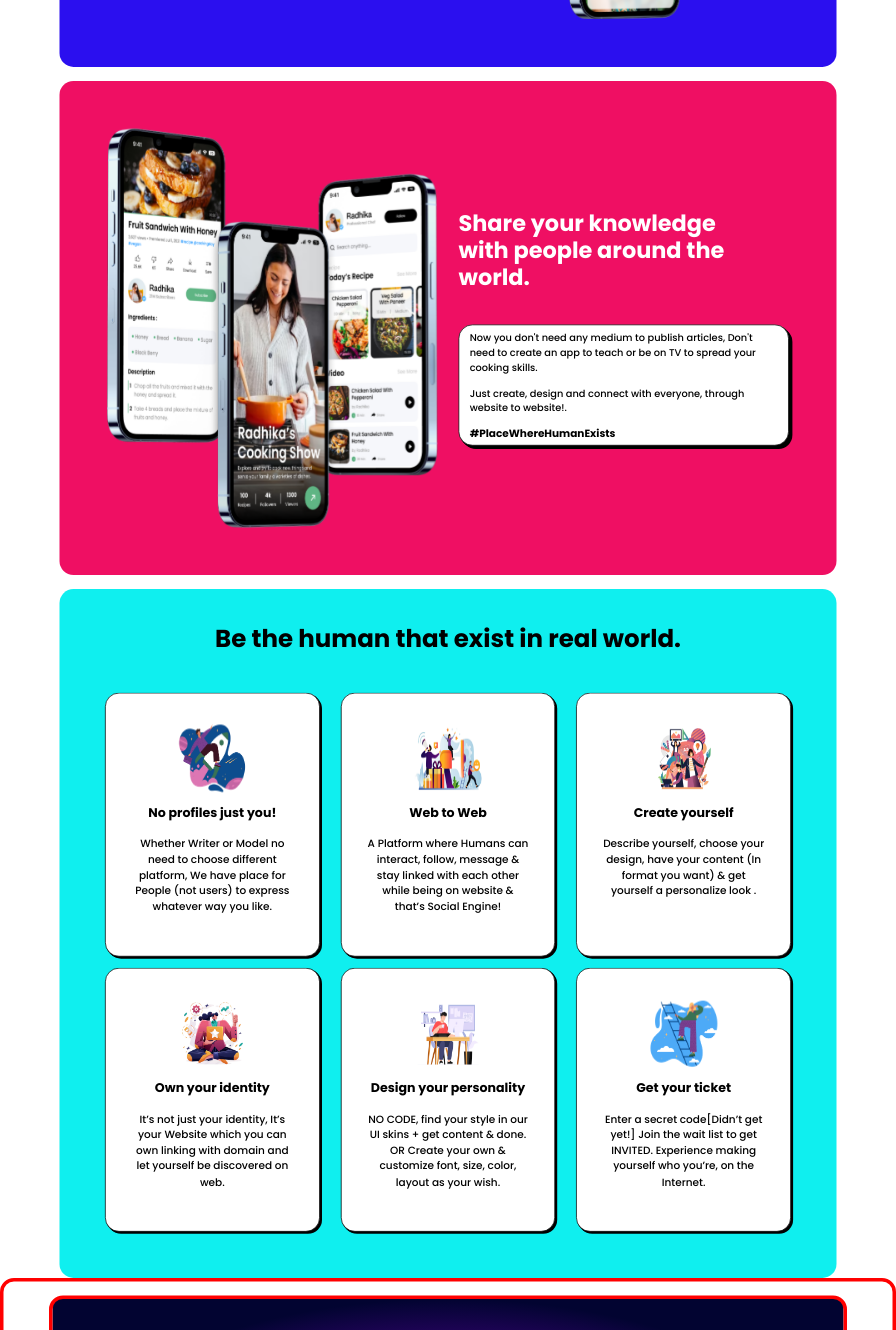
Repository: itsmesikandar/swavy.in.github.io
Page: index.html
An editor plug-in stored every save of this project. The page is shown before and after the next save, followed by the edit.
The browser window is 1280 px wide. The pictures show the part of the page from y = 2842 to 4742 px (the page is 5278 px tall before and 5268 px after), at 70% of full size.
Pictures or frames that could not be fetched are drawn as grey boxes.

Above is the page before, as saved 2023-02-23 23:13:42.
Console error: TypeError: Cannot read properties of undefined (reading 'fn')

### index.html
<!DOCTYPE html>
<html lang="en">
<head>
  <title>Swavy</title>

  <meta charset="UTF-8">
  <meta name="viewport" content="width=device-width, initial-scale=1.0">
  <meta http-equiv="X-UA-Compatible" content="ie=edge">
  <link rel="stylesheet" href="vendors/owl-carousel/css/owl.carousel.min.css">
  <link rel="stylesheet" href="vendors/owl-carousel/css/owl.theme.default.css">
  <link rel="stylesheet" href="vendors/mdi/css/materialdesignicons.min.css">
  <link rel="stylesheet" href="vendors/aos/css/aos.css">
  <link rel="stylesheet" href="css/style.min.css">
  <link rel="stylesheet" href="css/style.css">
  <link rel="stylesheet"
        href="https://cdnjs.cloudflare.com/ajax/libs/OwlCarousel2/2.3.4/assets/owl.carousel.min.css"
        integrity="sha512-tS3S5qG0BlhnQROyJXvNjeEM4UpMXHrQfTGmbQ1gKmelCxlSEBUaxhRBj/EFTzpbP4RVSrpEikbmdJobCvhE3g=="
        crossorigin="anonymous" />
  <link rel="stylesheet"
        href="https://cdnjs.cloudflare.com/ajax/libs/OwlCarousel2/2.3.4/assets/owl.theme.default.min.css"
        integrity="sha512-sMXtMNL1zRzolHYKEujM2AqCLUR9F2C4/05cdbxjjLSRvMQIciEPCQZo++nk7go3BtSuK9kfa/s+a4f4i5pLkw=="
        crossorigin="anonymous" />

</head>
<body id="body" data-spy="scroll" data-target=".navbar" data-offset="100">
  <header id="header-section">
    <nav class="navbar navbar-expand-lg pl-3 pl-sm-0 py-4" id="navbar">
    <div class="container">
      <div class="navbar-brand-wrapper d-flex ">
        <h4 style="color:rgb(253, 81, 1); font-size: 18px;">#NotJustSocialMedia</h4>
      </div>
    </div>
    </nav>
  </header>
  <div class="banner" >
    <div class="container-fluid">
      <h1 class="font-weight-semibold margin-top" id="ht">Discover<br>The Best Form Of Yourself</h1>
      <h5 class="font-weight-normal text-muted pb-3">Where humans create themselves, not Platform.</h5>
      <img src="images/hero-img.png" alt="" class="img-fluid">
    </div>
  </div>
      <div class="content-wrapper ">
        <div class="container">




          <section class="features-overview bg_color_first " id="features-section" >
            <!-- <div class="content-header">
              <h3><b>Bored seeing same profiles design?</b></h3>
              <h6 class="section-subtitle text-muted">Billions others too, What if i say<br>You can have your website as your social identity! for free.</h6>
            </div> -->

            <!-- <div class="contact-us" id="contact-section">
              <div class="container">
                <div class=" contact-upper" >
                  <div data-aos="fade-up">
                    <div class="col-12  offset-sm-3 col-sm-6 offset-sm-3 offset-lg-3 col-lg-6 offset-lg-3 ">
                      <form name="submit-to-google-sheet" id="myFormm">
                        <div class="">
                          <input type="email" placeholder="Enter your email address" />
                          <button type="submit" class="btn btn-danger r-20 font-weight-medium">Get Early Access</button>
                       </div>
                         <input type="email" name="Email" class="input-form-control r-20" id="Email" placeholder="Enter your email address">
                        <div class="pt-3">
                          <button type="submit" class="btn btn-danger r-20 font-weight-medium">Get Early Access</button>
                        </div>
                      </form>
                    </div>
                  </div>
                </div>
              </div>
            </div> -->

            <div class="content-header  ">
              <h2 class="section-subtitle color-white"><b>Where you can</b></h4>
              <h2 class="color-white"><b>Show what you are but better.</b></h4>
            </div>

            <div class="d-md-flex justify-content-between mx-5">
              <div class="grid-margin justify-content-center bg_color_white box-shadow-3d-a mx-5 px-2">
                <div class="features-width text-center py-3 pt-5">
                  <img src="images/nomore.png" width="100" height="100" alt="" class="img-icons">
                  <h5 class="py-3 font-weigh-sub">No More<br>Default Profiles</h5>
                  <p class="text-muted font-wt-p">Forget that default profile design that matches with Billions other!</p>
                </div>
              </div>
              <div class="grid-margin  justify-content-center bg_color_white box-shadow-3d-b mx-5 px-2">
                <div class="features-width text-center py-3 pt-5">
                  <img src="images/noplatform.jpg" width="100" height="100" alt="" class="img-icons">
                  <h5 class="py-3 font-weigh-sub">No Need Of<br>Different Platform</h5>
                  <p class="text-muted font-wt-p">Does platform limits you expression: some allows video, image or text only?
                  </p>
                </div>
              </div>
              <div class="grid-margin justify-content-center bg_color_white box-shadow-3d-c mx-5 px-2">
                <div class="features-width text-center py-3 pt-5">
                  <img src="images/tenent.png" width="100" height="100" alt="" class="img-icons">
                  <h5 class="py-3 font-weigh-sub">You No Need<br>To Live As Tenant</h5>
                  <p class="text-muted font-wt-p">Own your virtual identity, like you own your real life.~Web+Domain, for free.</p>
                </div>
              </div>
            </div>
          </section>


          <section class=" features-overview customer-feedback bg_color_second" id="feedback-section">
            <div class="container">
              <div class="row">
                <div class="col-12 text-center pb-4">

                  <h2 class="section-subtitle mt-5"><b>Bring Your Ideas Into Life</b></h2>

                </div>

                <div class="col-12 paa-5">
                  <div class="owl-carousel owl-theme">
                    <div class="card customer-cards">
                      <img src="images/educator.png"  alt="" >
                    </div>
                    <div class="card customer-cards">
                      <img src="images/creator.png"  alt="" >
                    </div>
                    <div class="card customer-cards">
                      <img src="images/model.png"  alt="" >
                    </div>
                    <div class="card customer-cards">
                      <img src="images/writer.png"  alt="" >
                    </div>
                  </div>
                </div>
              </div>
            </div>

          </section>

          <section class="features-overview bg_color_third " id="features-section" >
            <div class="container">
              <div class="row align-items-center ">
                <div class="col-12  col-lg-offset-1 col-lg-6 grid-margin grid-margin-lg-0 align-left pl-5 pt-5 pb-5" data-aos="fade-right">
                  <h2 class="m-0 font-wt-h3 mb-5">Makes your Personality<br>visible like your<br>Identity.</h2>
                  <div class="col-lg-12  font-wt-wb box-shadow-3d-d">
                    <p class=" font-wt-c mt-2">Whether you are a model who never skips shooting, a blogger who writes about his life and publishes online, or a seller who sends products with happiness.</p>
                    <p class="font-wt-c ">Whatever your personality is, it can now be reflected online, No Different Platform.</p>
                    <h4 class="font-wt-p color-black">#PlaceForAll</h4>
                  </div>
                </div>
                <div class="col-12  col-lg-6  img-digital grid-margin grid-margin-lg-0 pr-5 pt-5 pb-5" data-aos="fade-left">
                  <div class="carousel slide" data-ride="carousel">
                    <div class="carousel-inner">
                      <div class="carousel-item active">
                        <img src="images/vlog.png" alt="" class="img-fluid d-block w-100">
                      </div>
                      <div class="carousel-item ">
                        <img src="images/show.png" alt="" class="img-fluid d-block w-100">
                      </div>
                      <div class="carousel-item ">
                        <img src="images/podcast.png" alt="" class="img-fluid d-block w-100">
                      </div>
                      <div class="carousel-item ">
                        <img src="images/sell.png" alt="" class="img-fluid d-block w-100">
                      </div>
                    </div>
                  </div>
                </div>
              </div>
            </div>
          </section>

          <section class="features-overview bg_color_fourth " id="features-section" >
            <div class="container">
              <div class="row align-items-center ">
                <div class="col-12 col-lg-6  img-digital grid-margin grid-margin-lg-0 pl-5 pt-5 pb-5 " data-aos="fade-right">
                  <div class="carousel slide" data-ride="carousel">
                    <div class="carousel-inner">
                      <div class="carousel-item active">
                        <img src="images/class.png" alt="" class="img-fluid d-block w-100">
                      </div>
                      <div class="carousel-item ">
                        <img src="images/radhika.png" alt="" class="img-fluid d-block w-100">
                      </div>
                      <div class="carousel-item ">
                        <img src="images/news.png" alt="" class="img-fluid d-block w-100">
                      </div>
                    </div>
                  </div>
                </div>
                <div class="col-12 col-lg-6 col-lg-offset-1 grid-margin grid-margin-lg-0 align-left pr-5 pt-5 pb-5" data-aos="fade-left">
                  <h3 class="m-0 font-wt-h3 mb-5">Share your knowledge<br> with people around the world.</h3>
                  <div class="col-lg-12  font-wt-wb box-shadow-3d-d">
                    <p class="font-wt-c mt-2">Now you don't need any medium to publish articles, Don't need to create an app to teach or be on TV to spread your cooking skills.</p>
                    <p class="font-wt-c">Just create, design and connect with everyone, through website to website!.</p>
                    <h4 class="font-wt-p color-black">#PlaceWhereHumanExists</h4>
                  </div>
                </div>
              </div>
            </div>
          </section>


          <section class="case-studies bg_color_fifth" id="case-studies-section">
            <div class="container">
              <div class="row ">
                <div class="col-12 text-center pb-5">
                  <h2><b>Be the human that exist in real world.</b></h2>
                </div>

                <div class="col-12 col-md-6 col-lg-4 stretch-card mb-3 mb-lg-3 " data-aos="zoom-in">
                  <div class="card customer-cards font-wt-wb box-shadow-3d-e">
                    <div class="card-body">
                      <div class="text-center">
                        <img src="images/goalive.png" width="100" height="100" alt="" class="img-customer">
                        <div class="content-divider m-auto"></div>
                        <h6 class="card-title pt-3 font-weigh-sub">No profiles just you!</h6>
                        <p class="m-0 py-3  font-wt-p">Whether Writer or Model no need to choose different platform, We have place for People (not users) to express whatever way you like.</p>
                      </div>
                    </div>
                  </div>
                </div>

                <div class="col-12 col-md-6 col-lg-4 stretch-card mb-3 mb-lg-3 " data-aos="zoom-in" data-aos-delay="200">
                  <div class="card customer-cards card customer-cards font-wt-wb box-shadow-3d-e">
                    <div class="card-body">
                      <div class="text-center">
                        <img src="images/friends.jpg" width="100" height="100" alt="" class="img-customer">
                        <div class="content-divider m-auto"></div>
                        <h6 class="card-title pt-3 font-weigh-sub">Web to Web</h6>
                        <p class="m-0 py-3 font-wt-p">A Platform where Humans can interact, follow, message & stay linked with each other while being on website & that’s Social Engine!</p>
                      </div>
                    </div>
                  </div>
                </div>

                <div class="col-12 col-md-6 col-lg-4 stretch-card mb-3 mb-lg-3" data-aos="zoom-in" data-aos-delay="400">
                  <div class="card customer-cards font-wt-wb box-shadow-3d-e">
                    <div class="card-body">
                      <div class="text-center">
                        <img src="images/create.jpg" width="100" height="100" alt="" class="img-customer">
                        <div class="content-divider m-auto"></div>
                        <h6 class="card-title pt-3 font-weigh-sub">Create yourself</h6>
                        <p class="m-0 py-3 font-wt-p">Describe yourself, choose your design, have your content (In format you want) & get yourself a personalize look .</p>
                      </div>
                    </div>
                  </div>
                </div>

                <div class="col-12 col-md-6 col-lg-4 stretch-card mb-3 mb-lg-3" data-aos="zoom-in" data-aos-delay="600">
                  <div class="card customer-cards font-wt-wb box-shadow-3d-e">
                    <div class="card-body">
                      <div class="text-center">
                        <img src="images/own.jpg" width="100" height="100" alt="" class="img-customer">
                        <div class="content-divider m-auto"></div>
                        <h6 class="card-title pt-3 font-weigh-sub">Own your identity</h6>
                        <p class="m-0 py-3 font-wt-p">It’s not just your identity, It’s your Website which you can own linking with domain and let yourself be discovered on web.</p>
                      </div>
                    </div>
                  </div>
                </div>

                <div class="col-12 col-md-6 col-lg-4 stretch-card mb-3 mb-lg-3" data-aos="zoom-in" data-aos-delay="400">
                  <div class="card customer-cards font-wt-wb box-shadow-3d-e">
                    <div class="card-body">
                      <div class="text-center">
                        <img src="images/design.jpg" width="100" height="100" alt="" class="img-customer">
                        <div class="content-divider m-auto"></div>
                        <h6 class="card-title pt-3 font-weigh-sub">Design your personality</h6>
                        <p class="m-0 py-3 font-wt-p">NO CODE, find your style in our UI skins + get content & done. OR Create your own & customize font, size, color, layout as your wish.</p>
                      </div>
                    </div>
                  </div>
                </div>

                <div class="col-12 col-md-6 col-lg-4 stretch-card mb-3 mb-lg-3" data-aos="zoom-in" data-aos-delay="600">
                  <div class="card customer-cards font-wt-wb box-shadow-3d-e">
                    <div class="card-body">
                      <div class="text-center">
                        <img src="images/ticket.png" width="100" height="100" alt="" class="img-customer">
                        <div class="content-divider m-auto"></div>
                        <h6 class="card-title pt-3 font-weigh-sub">Get your ticket</h6>
                        <p class="m-0 py-3 font-wt-p">Enter a secret code[Didn’t get yet!] Join the wait list to get INVITED. Experience making yourself who you’re, on the Internet.</p>
                      </div>
                    </div>
                  </div>
                </div>

              </div>
            </div>
          </section>
    </div>

    <section class="contact-us  border-to" id="contact-section">
      <div class="container  bg_color_sixth border-to">
        <div class="contact-us-bgimage grid-margin " >
          <div class="pb-4">
            <h3 class="px-3 px-md-0 m-0 fw" data-aos="fade-down">Invited Members Can Only Access!<br>Join Our Waitlist.</h3>
          </div>
          <div data-aos="fade-up">
            <div class="col-12  offset-sm-3 col-sm-6 offset-sm-3 offset-lg-4 col-lg-4 offset-lg-4 ">
              <form name="submit-to-google-sheet" id="myForm">
                <input type="email" name="Email" class="input-form-control r-20" id="Email" placeholder="Email id">
                <div class="pt-3">
                  <button type="submit" class="btn btn-danger font-weight-medium r-20">Get Early Access</button>
                </div>
              </form>
            </div>
          </div>
        </div>
      </div>
    </section>
  </div>

  <script>
       !function(){var analytics=window.analytics=window.analytics||[];if(!analytics.initialize)if(analytics.invoked)window.console&&console.error&&console.error("Segment snippet included twice.");else{analytics.invoked=!0;analytics.methods=["trackSubmit","trackClick","trackLink","trackForm","pageview","identify","reset","group","track","ready","alias","debug","page","once","off","on","addSourceMiddleware","addIntegrationMiddleware","setAnonymousId","addDestinationMiddleware"];analytics.factory=function(e){return function(){var t=Array.prototype.slice.call(arguments);t.unshift(e);analytics.push(t);return analytics}};for(var e=0;e<analytics.methods.length;e++){var key=analytics.methods[e];analytics[key]=analytics.factory(key)}analytics.load=function(key,e){var t=document.createElement("script");t.type="text/javascript";t.async=!0;t.src="https://cdn.segment.com/analytics.js/v1/" + key + "/analytics.min.js";var n=document.getElementsByTagName("script")[0];n.parentNode.insertBefore(t,n);analytics._loadOptions=e};analytics._writeKey="sy1jEkZRdvqaCf5dOWhj4yyXbsgHlnL4";;analytics.SNIPPET_VERSION="4.15.3";
        analytics.load("sy1jEkZRdvqaCf5dOWhj4yyXbsgHlnL4");
        analytics.page();
        }}();


    const scriptURL = 'https://script.google.com/macros/s/AKfycbxXpgQgQMZqhFNl4IiDehqWTr5-PkKsvUA7oIWJAg1q1VEVA7wHIRvszY07XR8cTBPduQ/exec'
    const form = document.forms['submit-to-google-sheet']
    //const formm = document.forms['submit-to-google-sheet']
    const fr = document.getElementById("myForm")
    //const frr = document.getElementById("myFormm")

    // formm.addEventListener('submit', e => {
    //   e.preventDefault()
    //   fetch(scriptURL, { method: 'POST', body: new FormData(formm)})
    //     .then(response =>
    //     frr.reset())
    //     .catch(error => console.error('Error###', error.message))
    // })

    form.addEventListener('submit', e => {
      e.preventDefault()
      fetch(scriptURL, { method: 'POST', body: new FormData(form)})
        .then(response =>
        fr.reset())
        .catch(error => console.error('Error!!!!!!', error.message))
    })

  </script>
  <script src="https://cdnjs.cloudflare.com/ajax/libs/OwlCarousel2/2.3.4/owl.carousel.min.js"
  integrity="sha512-bPs7Ae6pVvhOSiIcyUClR7/q2OAsRiovw4vAkX+zJbw3ShAeeqezq50RIIcIURq7Oa20rW2n2q+fyXBNcU9lrw=="
  crossorigin="anonymous"></script>
  <script src="vendors/jquery/jquery.min.js"></script>
  <script src="vendors/bootstrap/bootstrap.min.js"></script>
  <script src="vendors/owl-carousel/js/owl.carousel.min.js"></script>
  <script src="vendors/aos/js/aos.js"></script>
  <script src="js/landingpage.js"></script>
</body>
</html>

### js/landingpage.js
// HEADER ANIMATION
window.onscroll = function() {scrollFunction()};
var element = document.getElementById("body");
function scrollFunction() {
  if (document.body.scrollTop > 400 || document.documentElement.scrollTop > 400) {
      $(".navbar").addClass("fixed-top");
      element.classList.add("header-small");
      $("body").addClass("body-top-padding");

  } else {
      $(".navbar").removeClass("fixed-top");
      element.classList.remove("header-small");
      $("body").removeClass("body-top-padding");
  }
}

// OWL-CAROUSAL
$('.owl-carousel').owlCarousel({
    items: 3,
    loop:true,
    nav:false,
    dot:true,
    autoplay: true,
    slideTransition: 'linear',
    autoplayHoverPause: true,
    responsive:{
      0:{
          items:1
      },
      600:{
          items:2
      },
      1000:{
          items:3
      }
  }
})

// SCROLLSPY
$(document).ready(function() {
  $(".nav-link").click(function() {
      var t = $(this).attr("href");
      $("html, body").animate({
          scrollTop: $(t).offset().top - 75
      }, {
          duration: 1000,
      });
      $('body').scrollspy({ target: '.navbar',offset: $(t).offset().top });
      return false;
  });

});

// AOS
AOS.init({
    offset: 120,
    delay: 0,
    duration: 1200,
    easing: 'ease',
    once: true,
    mirror: false,
    anchorPlacement: 'top-bottom',
    disable: "mobile"
  });

//SIDEBAR-OPEN
  $('#navbarSupportedContent').on('hidden.bs.collapse', function () {
    $("body").removeClass("sidebar-open");
  })

  $('#navbarSupportedContent').on('shown.bs.collapse', function () {
    $("body").addClass("sidebar-open");
  })


  window.onresize = function() {
    var w = window.innerWidth;
    if(w>=992) {
      $('body').removeClass('sidebar-open');
      $('#navbarSupportedContent').removeClass('show');
    }
  }

Loaded but not shown: vendors/owl-carousel/css/owl.carousel.min.css (library); vendors/owl-carousel/css/owl.theme.default.css (common file); vendors/mdi/css/materialdesignicons.min.css (library); vendors/aos/css/aos.css (library); css/style.min.css (library); css/style.css (library); vendors/jquery/jquery.min.js (library); vendors/bootstrap/bootstrap.min.js (library); vendors/owl-carousel/js/owl.carousel.min.js (library); vendors/aos/js/aos.js (library)

After the next save:
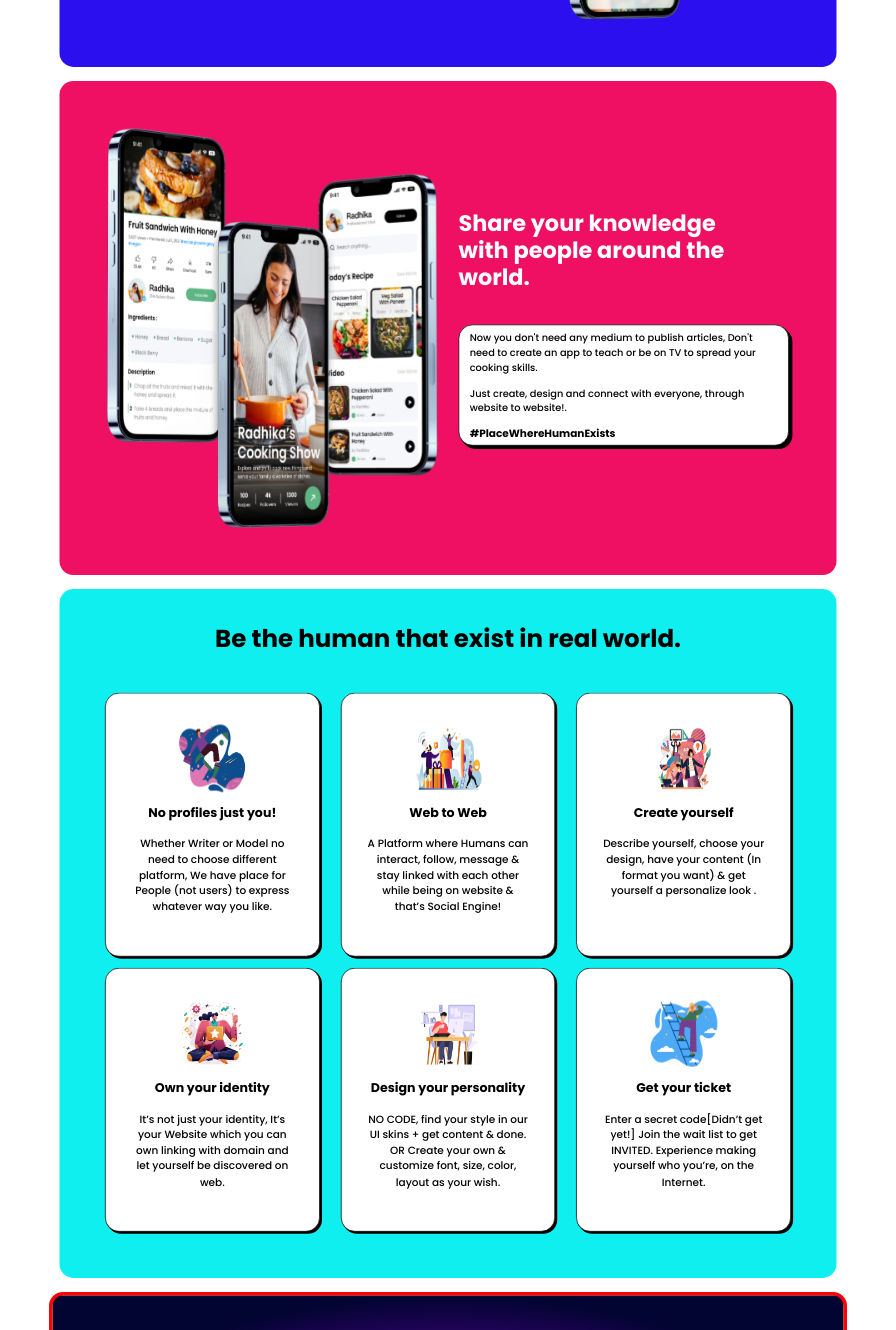
Saved 27 s later.
--- a/index.html
+++ b/index.html
@@ -288,7 +288,7 @@
           </section>
     </div>
 
-    <section class="contact-us  border-to" id="contact-section">
+    <section class="contact-us " id="contact-section">
       <div class="container  bg_color_sixth border-to">
         <div class="contact-us-bgimage grid-margin " >
           <div class="pb-4">
